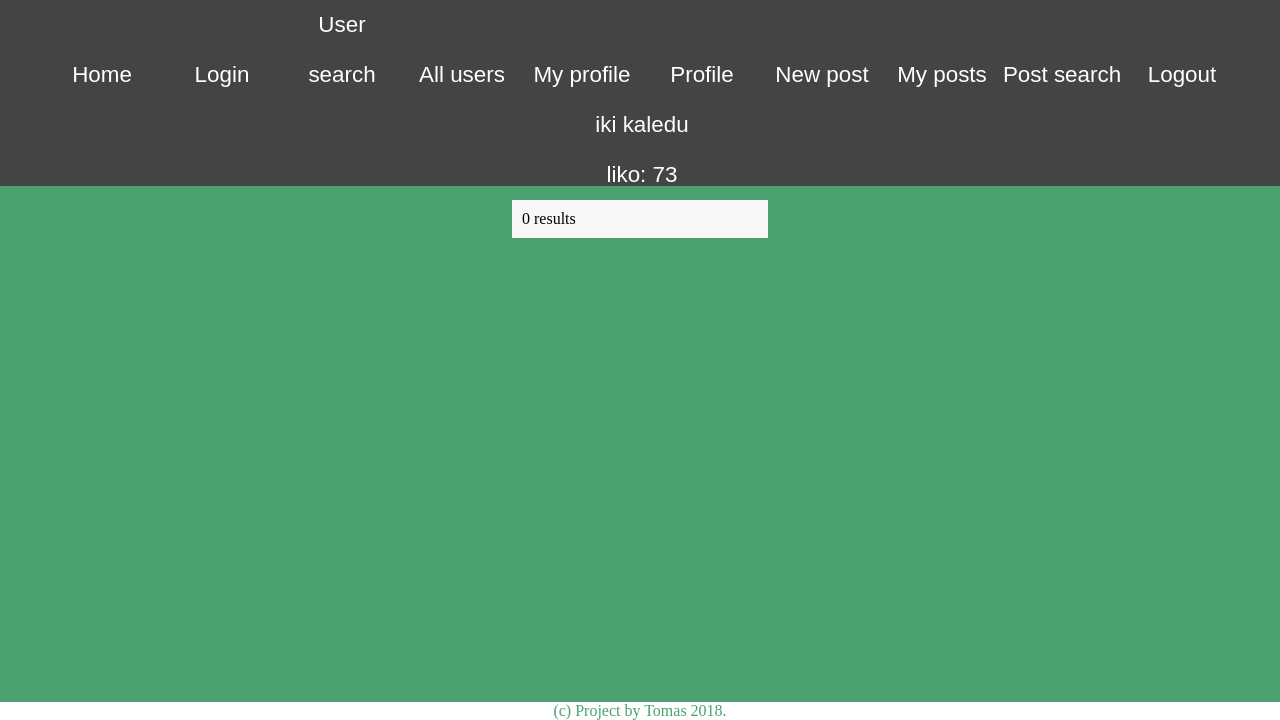
Repository: codin-full-stack/tomasz
Page: http://localhost/tomasz/userInfo.php
An editor plug-in stored every save of this project. The page is shown before and after a run of saves, followed by the edit.
The browser window is 1280 px wide. The pictures show the whole page.
The page is run by PHP 8.4 with error messages shown; the project is at /var/www/html/.

Above is the page before, as saved 2018-10-12 14:10:14.
Console error: TypeError: Cannot read properties of null (reading 'innerHTML')

### userInfo.php

<?php
include 'config.php';
include 'header.php';
?>


<div class="userinfo">
    <?php if (isset($_SESSION['id'])) {
            $search_value=$_SESSION["id"];
            $sql="select * from users where id like '%$search_value%'";
            $res=$conn->query($sql); ?>
          <?php  while($row=$res->fetch_assoc()){ ?>
            <div class="userinfo-box">
                <div class="userinfo-box-image-container">
                    <?php if (!empty($row['image'])){ ?>
                        <img src="data:[embedded picture, 66 characters]" class="userinfo-box-image" /></a>
                    <?php } ?>
                </div>
                <div class="userinfo-box-info">
                    <h2 class="userinfo-box-heading">
                        <?php
                             echo "ID - </b>" . $row["id"]. "<br>" .
                                "Vardas: " . $row["name"]. "<br>" .
                                "Pavarde: " . $row["surename"]. "<br>" .
                                "Email: " . $row["email"]. "<br>" .
                                "Amzius: " . $row["age"]. "<br>" .
                                "Miestas: " . $row["city"]. "<br>" .
                                "Lytis: " . $row["gender"]. "<br><br>";
                        ?>
                    </h2>
                </div>
            </div>
        <?php } ?>
    <?php } else { ?>
        0 results
    <?php } ?>
</div>

<?php
include 'footer.php';
?>

### config.php
<?php
$servername = "localhost";
$username = "root";
$password = "";
$db = "tomasz";

$conn = mysqli_connect($servername, $username, $password, $db);

if (!$conn) {
    die("Connection failed: " . mysqli_connect_error());
}
// echo "Connected successfully";

?>

### header.php
<?php
session_start();
// include('sessionCheck.php');
include('jsonFunctions.php');
?>

<!DOCTYPE html>
<html>
<head>
    <meta charset="utf-8" />
    <title>
    <?php
        if(isset($_SESSION['id'])) {
            $search_value=$_SESSION["id"];
            $sql3="select * from users where id ='$search_value'";
            $result3=mysqli_query($conn, $sql3);
            $row3=mysqli_fetch_assoc($result3);
            echo "Prisijunges: " . $row3['name'];
        } else {
            echo 'Prisjunk';
        }
    ?>
    </title>
    <meta name="viewport" content="width=device-width, initial-scale=1.0">
    <link rel="stylesheet" href="styles/styles.css" type="text/css">
    <link href="https://fonts.googleapis.com/css?family=Roboto" rel="stylesheet">
</head>
<header>
    <div class="nav">
        <?php include('TopMenu.php')?>
    </div>
</header>

### jsonFunctions.php
<?php

function scanFiles($dir) {
    $path = __DIR__ . DIRECTORY_SEPARATOR . $dir;
    $files = scandir($path);

    return $files;
}

/** DECODE json to array and return  */
function jsonFileToArray($dir, $file) {
    $path = __DIR__ . DIRECTORY_SEPARATOR . $dir . DIRECTORY_SEPARATOR;
    $file = file_get_contents($path . $file, FILE_USE_INCLUDE_PATH);
    $allInfo = json_decode($file, true);

    return $allInfo;
}

/** ENCODE array to JSON */
function arrayToJsonFile($dir, $data) {
    $path = __DIR__ . DIRECTORY_SEPARATOR . $dir . DIRECTORY_SEPARATOR;
    $encodeFileName = urlencode($data['email'] . '.json');
    $json = json_encode($data, JSON_PRETTY_PRINT|JSON_UNESCAPED_UNICODE);
    file_put_contents($path . $encodeFileName , $json);
    echo "Ikelta: $path . $encodeFileName . <br> . <br>";
}

/** Show all registered users data  */
function allRegisteredList($files, $dir) {
    foreach ($files as $key => $value) {
        $pos = strpos($value, '.json');
        if ($pos != false) {
           $allInfo = jsonFileToArray($dir, $value);
            foreach ($allInfo as $key => $item) {
                if (!is_array($item)) {
                    echo $key . '=>' . $item . '<br/>';
                } else {
                    foreach ($item as $key => $val) {
                        echo $key . '=>' . $val . '<br/>';
                    }
                }
            }
            echo '<br/>';
        }
    }
}

function fileExists($dir, $fileName) {
    $path = __DIR__ . DIRECTORY_SEPARATOR . $dir . DIRECTORY_SEPARATOR;
    if(file_exists($path . $fileName)) {
        return true;
    } else {
        return false;
    }
}
/**
 * SEARCH FOR USER
 */
function searchUser($labelsArray, $fileName, $data) {
    if (!empty ($data)) {
        // var_dump (fileExists('regFormJson', $fileName)); FUNKCIJOS test
        if (fileExists('regFormJson', $fileName)) {
            $json = jsonFileToArray('regFormJson', $fileName);
            unset($json['pass']);
            foreach ($json as $key => $item) {
                if (!empty($item)) {
                    echo $labelsArray[$key] . ': ' .  $item . '<br>' ;
                }
            }
        } else {
            echo "Tokio vartotojo nera";
        }
    }
}

/** Show registered info */
function retrieve($fileName, $data, $labelsArray ) {
    if (!empty ($data)) {
            $json = jsonFileToArray('regFormJson', $fileName);
            foreach ($json as $key => $item) {
                if (!empty($item)) {
                    echo $labelsArray[$key] . ': ' .  $item . '<br>' ;
            }
        }
    }
}


// function loginU($fileName, $data) {
//     if (!empty($data) && fileExists('regFormJson', $fileName)) {

//         header("location: index.php");
//     } else {
//         header("location: login.php");
//     }
// }

function getFilePath($logindata){
    $filePath = __DIR__ . DIRECTORY_SEPARATOR . 'regFormJson' . DIRECTORY_SEPARATOR . urlencode($logindata['email'] . '.json');

    return $filePath;
 }

 /** Funkcija vartotojo duomenu istraukimui */

 function getUserInfo($filePath){
    if(file_exists($filePath)){
        $info2 = file_get_contents($filePath);
        $masyv = json_decode($info2, true);
        return $masyv;
    } else {
        return null;
    }
 }

 function loginU($data){

    $filePath = getFilePath($data);
    $userInfo = getUserInfo($filePath);

    if(!empty($userInfo)){

        checkPass($filePath, $data);

    /** jei vartotojas egzistuoja issitraukti jo duomenis, patikrinti issaugota slaptazodi su postinamu passu ir jei jei sutampa uzsetinti sesija */
    } else {
        echo 'Neteisingas slaptazodis';
    }
 }

 /** funkcija slaptazodzio palyginimui */
 function checkPass($filePath, $data){

    $data['pass1'] = md5($data['pass1']);

    $userInfo = getUserInfo($filePath);

    if ($userInfo['pass'] == $data['pass1']){

        $_SESSION = [
            'email'   => $userInfo['email'],
        ];

        header('refresh:0.1; index.php');
    } else {
        echo 'Neteisingas slaptazodis';
    }
 }


 function userInfo($labelsArray, $fileName) {
    if (fileExists('regFormJson', $fileName)) {
        $json = jsonFileToArray('regFormJson', $fileName);
        unset($json['pass']);
        foreach ($json as $key => $item) {
            if (!empty($item)) {
                echo $labelsArray[$key] . ': ' .  $item . '<br>' ;
            }
        }
    }
 }

function getInfo() {
    if (isset($session['id'])) {

    }
}
?>

### TopMenu.php
<ul>
    <li><a href="index.php">Home</a></li>
    <li class="log"><a href="login.php">Login</a></li>
    <li><a href="paieska.php">User search</a></li>
    <li><a href="allRegisteredList.php">All users</a></li>
    <li><a href="userInfo.php">My profile</a></li>
    <li><a href="infoChange.php">Profile</a></li>
    <li><a href="post_new.php">New post</a></li>
    <li><a href="myPosts.php">My posts</a></li>
    <li><a href="search.php">Post search</a></li>
    <li class="log"><a href="logout.php">Logout</a></li>
    <li class="kaledos"><a></a></li>
</ul>

### footer.php
<div class="footer">
    (c) Project by Tomas 2018.
</div>
<script src="script.js"></script>
</body>
</html>

### styles/styles.css
body {
    background: #4AA270;
    align-items: center;
    height: 100%;
    width: 100%;
    margin: 0;
    padding: 0;

}
.container {
    overflow: hidden;
    margin: 220px auto;
    width: 320px;
    box-sizing: border-box;
}

.box {
    padding: 20px;
    background-color: #FFFFFF;
    height: 280px;
    box-sizing: border-box;

}

.buttons {
    display: flex;
    height: 40px;

}

.lButton {
    width: 50%;
    color: #000000;
    background-color: #FFFFFF;
    border: 0;
    padding: 10px 10px 10px 30px;
    cursor: pointer;
    min-height: 40px;
    justify-content: center;
}

.rButton {
    width: 50%;
    color: #FFFFFF;
    background-color: #E1E1E1;
    border: 0;
    padding: 10px 10px 10px 30px;
    cursor: pointer;
    min-height: 40px;
    justify-content: center;
}

.boxReg {
    padding: 20px;
    background-color: #FFFFFF;
    height: 600px;
    box-sizing: border-box;
}

.field {
    display: flex;
    position: relative;
    width: 100%;
    padding: 2px;
    background-color: #FFFFFF;
    border-style: none;
    border-bottom-style: solid;
    border-bottom-color: #E1E1E1;
    border-width: 1px;
    box-sizing: border-box;
    font-family: 'Roboto', sans-serif;
    box-shadow: inset 20px 20px #FFFFFF;
}

.label {
    display: flex;
    padding-top: 30px;
    font-family: 'Roboto', sans-serif;
    font-size: 12px;
    font-weight: bold;
    position: relative;
    right: -2px;
    border-style: none;
}

.field:focus{
    outline:none;
    border-color: #4AA270;
}

.rButton:focus {
    outline: 0;
    border-bottom: 1px solid #FFFFFF;
    box-shadow: 0 3px 0 #4AA270;
}

.lButton:focus {
    outline: 0;
    border-bottom: 1px solid #FFFFFF;
    box-shadow: 0 3px 0 #4AA270;
}

.sigin {
    background-color: #4AA270;
    color: white;
    padding: 6px 14px;
    border: none;
    width: 40%;
    position: relative;
    top: 60px;
    float: right;
}

.sigin:focus {
    outline: 1;
    outline-color: #4AA270;
}
.forgot-link {
    position: relative;
    float: left;
    top: 65px;
    font-family: 'Roboto', sans-serif;
    font-size: 11px;
    color: #97D8D7;
}
.regButton {
    background-color: #4AA270;
    color: white;
    padding: 6px 14px;
    border: none;
    width: 40%;
    position: relative;
    top: 5px;
    float: right;
}
.labelspace {
    display: flex;
    padding-top: 10px;
    font-family: 'Roboto', sans-serif;
    font-size: 12px;
    font-weight: bold;
    position: relative;
    right: -2px;
    border-style: none;
}
.labelradio {
    display: inline-block;
    font-family: 'Roboto', sans-serif;
    font-size: 12px;
    font-weight: bold;
    position: relative;
    right: -2px;
    border-style: none;
}
.footer {
    position: fixed;
    left: 0;
    bottom: 0;
    width: 100%;
    background-color: #ffffff;
    color: #4AA270;
    text-align: center;

}
.allreg {
    color: #4AA270;
}

.feed {
    display: flex; /* or inline-flex */
    width: 61%;
    background-color: #F8F8F8;
    margin-top: 40px;
    margin-right: auto;
    margin-left: auto;
    flex-wrap: wrap;
    justify-content: space-around;
    padding: 10px;
}

.feed-box {
    height: 425px;
    width: 270px;
    background-color:#ffffff;
    position: relative;
    overflow: hidden;
    margin: 5px;
}

.feed-box-image {
    height: auto;
    width: 100%;

}
.feed-box:nth-child(4n-3) {
    width: 560px;
}
.feed-box-title {
    position: absolute;
    bottom: 0;
    padding: 5px;
    background-color: #ffffff;
    width: 100%;
}
.feed-box-image-container {
    overflow: hidden;
    height: 290px;
    width: auto;

}

* {
    box-sizing: border-box;
}

.feed-box-heading {
    overflow-wrap: break-word;
    font-family: 'Roboto', sans-serif;
    font-size: 20px;
}

.mygtukasPaieska {
    text-align: right;
    background: white;
    margin: auto;
}

.searchbutton {
    background-color: #4AA270;
    color: white;
    padding: 6px 14px;
    border: none;
    width: 30%;
    position: absolute;
    top: 45px;
    right: 20px;

}

.paieska {
    display: block;
    width: 300px;
    background-color: #ffffff;
    min-height: 140px;
    margin-top: 40px;
    margin-right: auto;
    margin-left: auto;
    flex-wrap: wrap;
    position: relative;
    top: 100px;
    padding: 10px;
}

.textPad {
    padding: 20px;
    background-color: white;
    width: 400px;
    margin: 250px auto;
}
.fieldPost {
    display: flex;
    position: relative;
    width: 100%;
    padding: 10px;
    background-color: #FFFFFF;
    border-style: none;
    border-bottom-style: solid;
    border-bottom-color: #E1E1E1;
    border-width: 1px;
    box-sizing: border-box;
    font-family: 'Roboto', sans-serif;
    box-shadow: inset 20px 20px #FFFFFF;
}
.fieldPost:focus{
    outline:none;
    border-color: #4AA270;
}
.postButton {
    background-color: #4AA270;
    color: white;
    padding: 6px 14px;
    border: none;
    width: 30%;
    position: relative;
    top: -15px;
    float: right;
}
.feed-box-heading a {
    font-family: 'Roboto', sans-serif;
    font-size: 20px;
    color: #494949;
    border: none;
    text-decoration: none;
}

.boxLogin {
    display: flex; /* or inline-flex */
    background-color: transparent;
    margin-top: 40px;
    margin-right: auto;
    margin-left: auto;
    flex-wrap: wrap;
    padding: 10px;
}
.containerlogin {
    overflow: hidden;
    margin: 220px auto;
    width: 320px;
    box-sizing: border-box;
}

.nav {
    position: fixed;
    width: 100%;
    background-color: #494949;
    overflow: hidden;
    top: 0px;
    z-index: 100;
    left: 0px;
}

.nav ul {
    list-style: none;
    background-color: #444;
    text-align: center;
    padding: 0;
    margin: 0;
  }
  .nav li {
    font-family: 'Oswald', sans-serif;
    font-size: 1.2em;
    line-height: 40px;
    height: 40px;
    border-bottom: 1px solid #888;
    width: 100%;
  }

  .nav a {
    text-decoration: none;
    color: #fff;
    display: block;
    transition: .3s background-color;
  }

  .nav a:hover {
    background-color: #025e10;
  }

  .nav a.active {
    background-color: #fff;
    color: #444;
    cursor: default;
  }
  .users {
    display: flex;
    width: 80%;
    background-color: #F8F8F8;
    margin-top: 50px;
    margin-right: auto;
    margin-left: auto;
    flex-wrap: wrap;
    justify-content: space-between;
    padding: 10px;
}
.userinfo {
    display: flex;
    width: 20%;
    background-color: #F8F8F8;
    margin-top: 200px;
    margin-right: auto;
    margin-left: auto;
    flex-wrap: wrap;
    justify-content: space-between;
    padding: 10px;
}

  @media screen and (min-width: 435px) {
    .nav li {
      width: 120px;
      border-bottom: none;
      height: 50px;
      line-height: 50px;
      font-size: 1.4em;
      display: inline-block;
      margin-right: -4px;
    }
}

@media only screen and (max-width: 1440px) {
    .feed-box:nth-child(4n+4) {
        width: 560px;
    }
    .feed {
        margin-top: 45px;
    }
}
@media only screen and (max-width: 1024px) {
    .feed-box:nth-child(1n) {
        width: 48%;
    }
    .feed {
        width: 75%;
        margin-top: 93px;
    }
    .users-box:nth-child(1n) {
        width: 32%;
    }
    .users {
        margin-top: 93px;
    }
    .userinfo {
        width: 30%;
    }

}
@media only screen and (max-width: 768px) {
    .feed-box:nth-child(1n) {
        width: 100%;
    }
    .users-box:nth-child(1n) {
        width: 48%;
    }
    .users {
        margin-top: 93px;
    }
    .userinfo {
        width: 40%;
    }
}
@media only screen and (max-width: 425px) {
    .feed-box:nth-child(1n) {
        width: 100%;
    }
    .feed {
        width: 90%;
        margin-top: 393px;
    }
    .users {
        width: 90%;
        margin-top: 393px;
    }
    .userinfo {
        width: 60%;
        margin-top: 393px;
    }
}
@media only screen and (max-width: 320px) {
    .feed-box:nth-child(1n) {
        width: 100%;
    }
    .feed {
        width: 95%;
    }
    .users {
        width: 95%;
    }
    .userinfo {
        width: 90%;
    }
}
.allUsers a {
    font-family: 'Roboto', sans-serif;
    font-size: 12px;
    color: #494949;
    overflow-wrap: break-word;
}

.users-box {
    height: 425px;
    width: 270px;
    background-color:#ffffff;
    position: relative;
    overflow: hidden;
    margin: 5px;
}

.users-box-image {
    height: auto;
    width: 100%;

}

.users-box-info {
    position: absolute;
    bottom: 0;
    padding: 5px;
    background-color: #ffffff;
    width: 100%;
}
.users-box-image-container {
    overflow: hidden;
    height: 290px;
    width: auto;

}
.users-box-heading {
    overflow-wrap: break-word;
    font-family: 'Roboto', sans-serif;
    font-size: 17px;
}

.userinfo-box {
    height: 425px;
    width: 100%;
    background-color:#ffffff;
    position: relative;
    overflow: hidden;
    margin: 5px;
}

.userinfo-box-image {
    height: auto;
    width: 100%;

}

.userinfo-box-info {
    position: absolute;
    bottom: 0;
    padding: 5px;
    background-color: #ffffff;
    width: 100%;
}
.userinfo-box-image-container {
    overflow: hidden;
    height: 290px;
    width: auto;

}
.userinfo-box-heading {
    overflow-wrap: break-word;
    font-family: 'Roboto', sans-serif;
    font-size: 17px;
}

.tableinfo {
    margin-top: 100px;
    max-width: 100%;
    min-height: 100%;
}

thead {
    background-color: #6D7AE0;
    color: #fff;
    font-family: 'Roboto', sans-serif;
    font-size: 17px;
    text-align: left;

}

tbody {
    background-color: #ffffff;
    font-family: 'Roboto', sans-serif;
    font-size: 14px;


}

table {
    border-collapse: collapse;
    border-radius: 12px;
    border: none;
    letter-spacing: 1px;
    font-family: sans-serif;
    font-size: .8rem;
    width: 50%;
    overflow: hidden;
    margin-left: auto;
    margin-right: auto;

}

th {
    border: none;
    padding: 5px 40px;
    height: 60px;
    font-weight: normal !important;
}

td {
    border: none;
    /* padding: 5px 40px; */
    text-align: center;
    height: 50px;
    font-weight: normal !important;
    border-bottom: 1px solid #F2F2F2;
    text-align: left;
}

td a {
    padding: 15px 40px;
    text-decoration: none;
    color: #646464;
}
@media only screen and (max-width: 760px),
(min-device-width: 768px) and (max-device-width: 1024px)  {

	/* Force table to not be like tables anymore */
	table, thead, tbody, th, td, tr {
        display: block;
    }
    table {
        width: 90%;
    }

	/* Hide table headers (but not display: none;, for accessibility) */
	thead tr {
		position: absolute;
		top: -9999px;
		left: -9999px;
	}

	tr { border: 1px solid #ccc; }

	td {
		border: none;
		border-bottom: 1px solid #eee;
		position: relative;
		padding-left: 50%;
	}

	td:before {
		position: absolute;
		top: 6px;
		left: 6px;
		width: 45%;
		padding-right: 10px;
		white-space: nowrap;
    }

	td:nth-of-type(1):before { content: "Full name"; }
	td:nth-of-type(2):before { content: "Age"; }
	td:nth-of-type(3):before { content: "Job Title"; }
	td:nth-of-type(4):before { content: "Location"; }

}

### script.js
// Set the date we're counting down to
function kaledos() {
    var countDownDate = new Date("Dec 25, 2018 00:00:00").getTime();

    // Update the count down every 1 second
    var x = setInterval(function() {


    // Get todays date and time
    var now = new Date().getTime();


    // Find the distance between now and the count down date
    var distance = countDownDate - now;

    // Time calculations for days, hours, minutes and seconds
    var days = Math.floor(distance / (1000 * 60 * 60 * 24));
    var hours = Math.floor((distance % (1000 * 60 * 60 * 24)) / (1000 * 60 * 60));
    var minutes = Math.floor((distance % (1000 * 60 * 60)) / (1000 * 60));
    var seconds = Math.floor((distance % (1000 * 60)) / 1000);


    // Display the result in the element with id="demo"
      document.getElementById("demo").innerHTML =  days + "d " + hours + "h "
      + minutes + "m " + seconds + "s ";
      document.getElementById('kaledos').style.visibility='visible';

    //   var left = days + "d " + hours + "h "+ minutes + "m " + seconds + "s ";
    //   console.log(left);

    // If the count down is finished, write some text
        if (distance < 0) {
            clearInterval(x);
            document.getElementById("demo").innerHTML = "Kaledos!";
        }
    }, 1000);
}

var countDownDate = new Date("Dec 25, 2018 00:00:00").getTime();
var now = new Date().getTime();
var distance = countDownDate - now;
var days = Math.floor(distance / (1000 * 60 * 60 * 24));
//

var target = document.querySelector('.kaledos');
target.innerHTML = "iki kaledu liko: " + days;
target.style.color = "white";




const test2 = document.querySelectorAll(".feed-box-heading");
	for (var i = 0; i < test2.length; i++) {
        console.log('feed-box-heading: ', test2[i]);
        test2
    }

var test = document.querySelector('.feed-box-heading');
test.innerHTML += "iki kaledu liko: " + days;

After the next 2 saves:
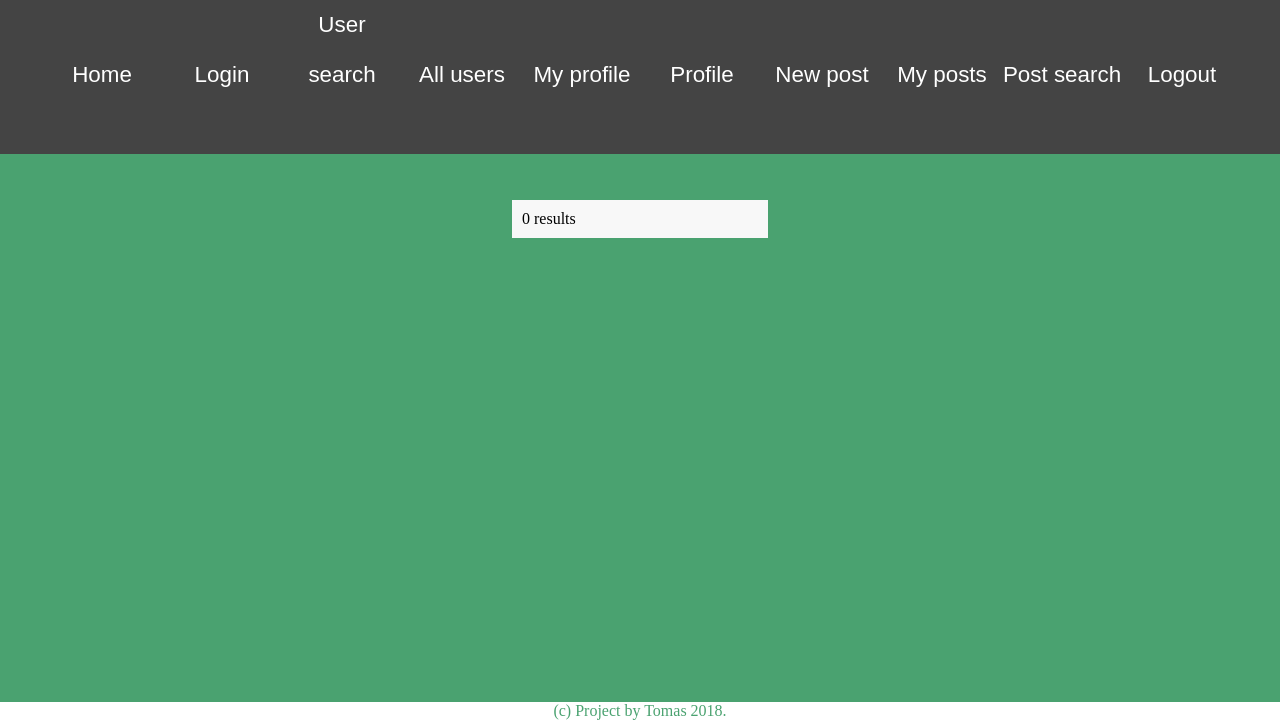
Console error: SyntaxError: Unexpected token '}'
The 2 saves are shown as one change because they came seconds apart.
The last was saved 7 s later.
--- a/script.js
+++ b/script.js
@@ -52,7 +52,7 @@
 const test2 = document.querySelectorAll(".feed-box-heading");
 	for (var i = 0; i < test2.length; i++) {
         console.log('feed-box-heading: ', test2[i]);
-        test2
+        test2.innerHTML +=
     }
 
 var test = document.querySelector('.feed-box-heading');

After the 2 saves that followed:
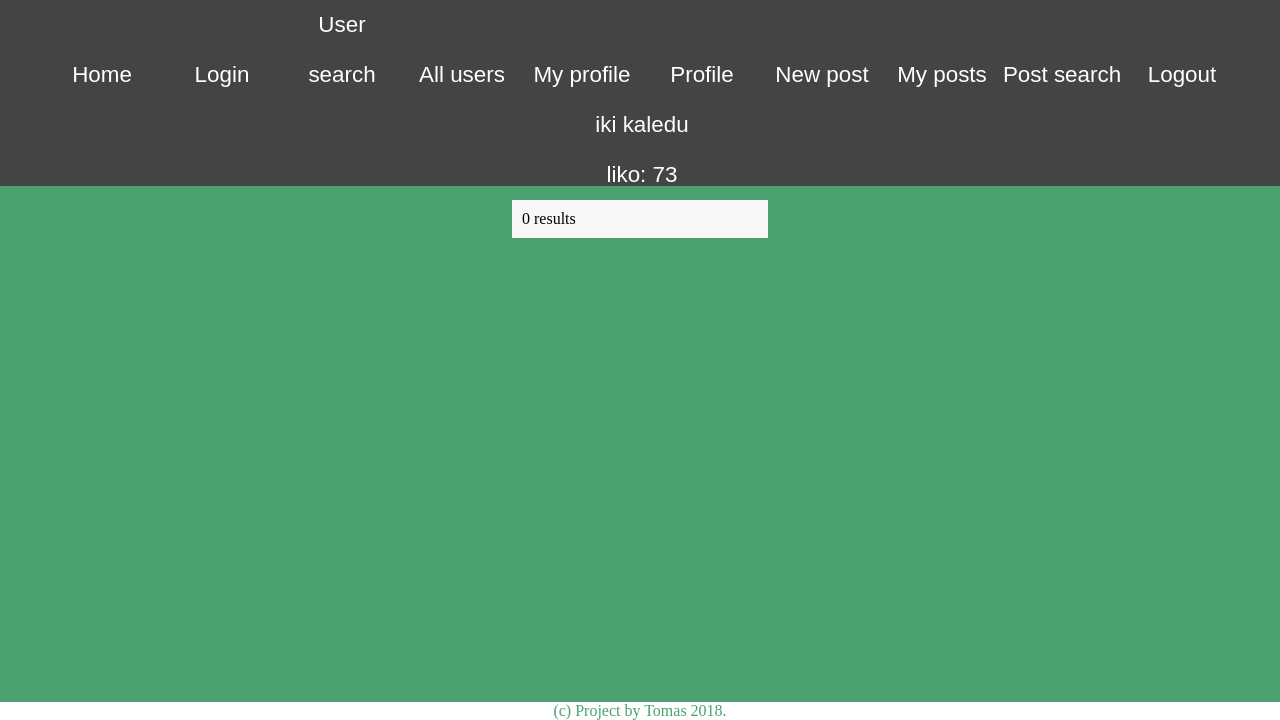
Console error: TypeError: Cannot read properties of null (reading 'innerHTML')
The 2 saves are shown as one change because 1 left the picture as it was.
The last was saved 11 s later.
--- a/script.js
+++ b/script.js
@@ -52,7 +52,7 @@
 const test2 = document.querySelectorAll(".feed-box-heading");
 	for (var i = 0; i < test2.length; i++) {
         console.log('feed-box-heading: ', test2[i]);
-        test2.innerHTML +=
+        test2.innerHTML += days;
     }
 
 var test = document.querySelector('.feed-box-heading');
